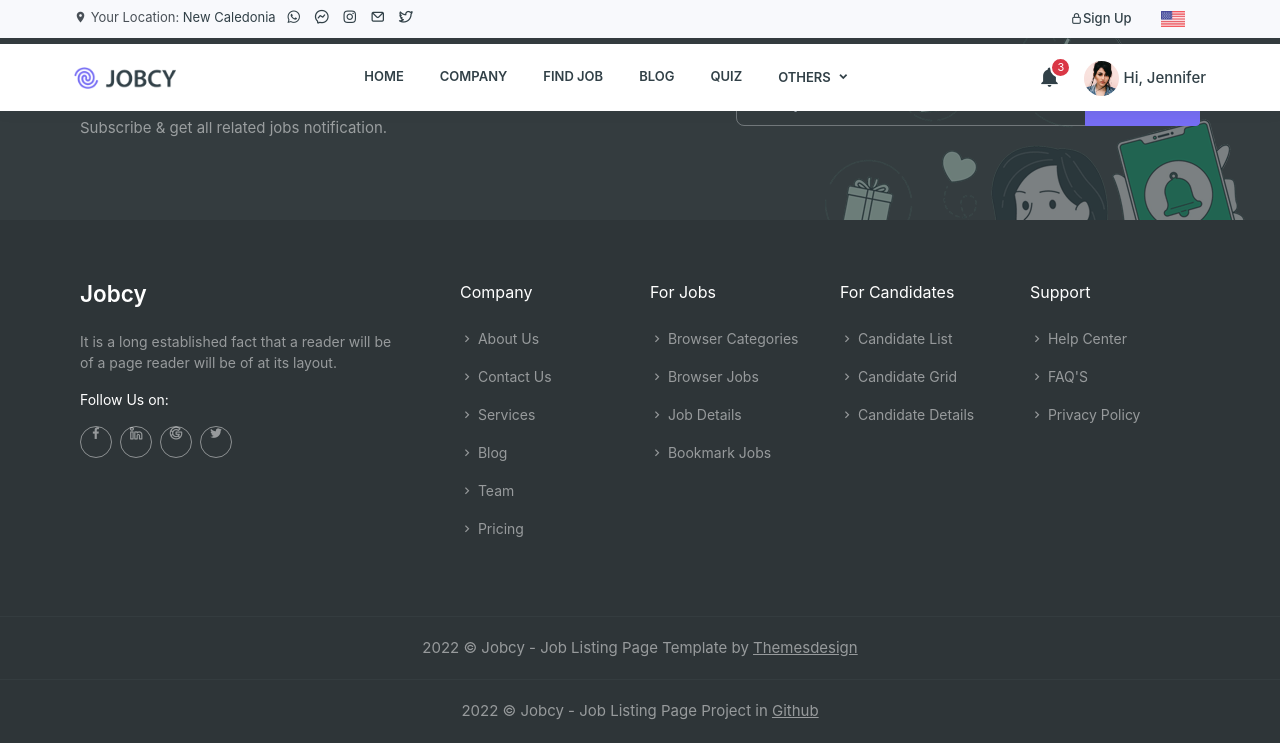
Repository: waflol/hrpm-frontend
Page: / (app in frontend/)
The author's editor kept a copy of each file at every save. The page is drawn from the files as they stood at one save, then again after the next save.
The browser window is 1280 px wide. The pictures show the whole page.
The project was rebuilt for these pictures with package versions that can differ from the ones it lists, and the page was loaded fresh each time. Also part of the build but not shown: frontend/craco.config.js, frontend/src/shared/components/Navigations/LoginButton.jsx.

Above is the page before, as saved 2022-10-13 15:15:27.

After the next save:
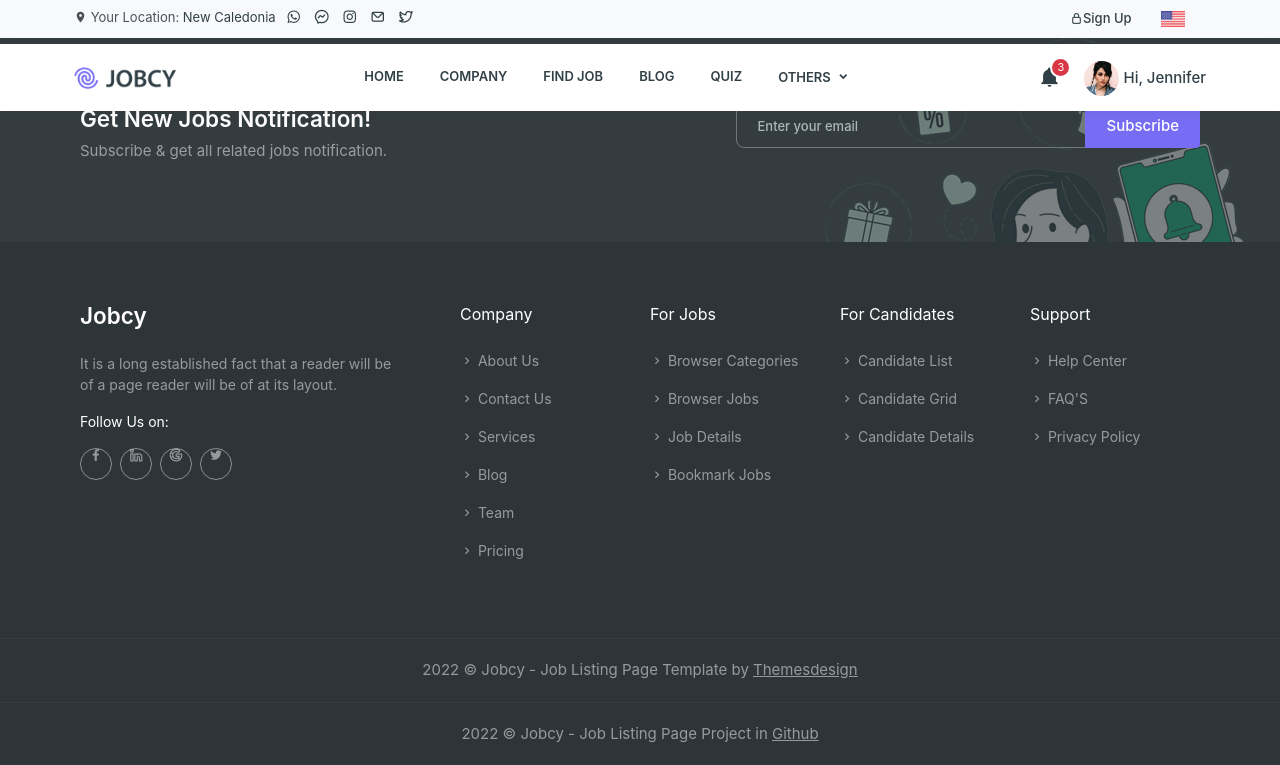
Saved 101 s later.
--- a/frontend/src/App.js
+++ b/frontend/src/App.js
@@ -16,7 +16,7 @@
                   <MainNavBar/>
                 </div>
                 <div>
-
+                  Content here
                 </div>
                 <div>
                 <Footer/>

After the save that followed:
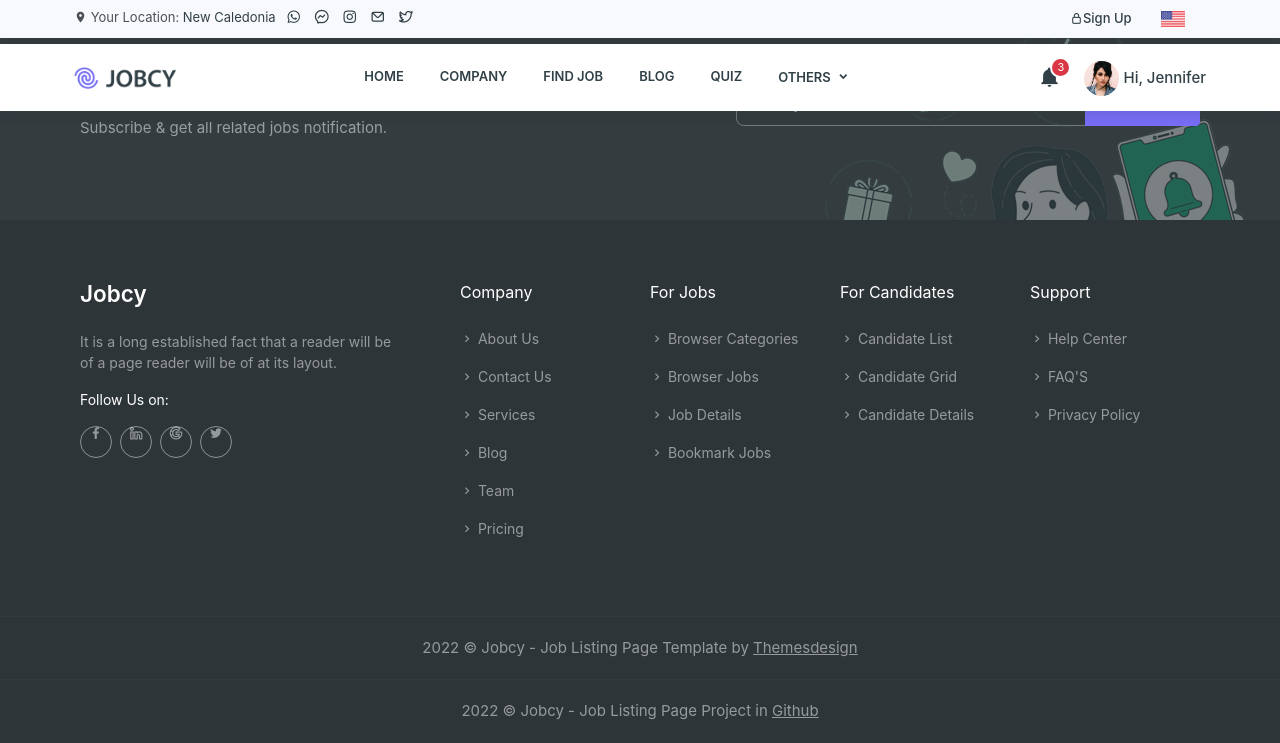
Saved 37 s later.
--- a/frontend/src/App.js
+++ b/frontend/src/App.js
@@ -16,7 +16,10 @@
                   <MainNavBar/>
                 </div>
                 <div>
-                  Content here
+                <div>
+                  <MainTopBar/>
+                  <MainNavBar/>
+                </div>
                 </div>
                 <div>
                 <Footer/>
